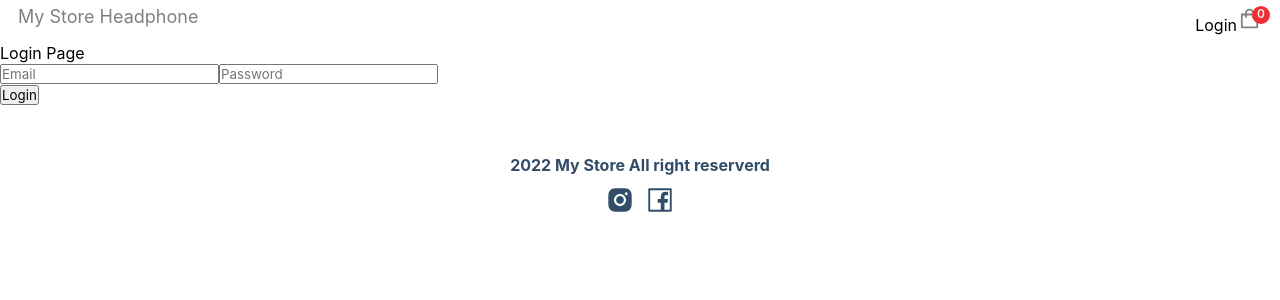
Repository: Than-sothearak/ecommerce
Page: /login
The author's editor kept a copy of each file at every save. The page is drawn from the files as they stood at one save, then again after the next save.
The browser window is 1280 px wide. The pictures show the whole page.
The project was rebuilt for these pictures with package versions that can differ from the ones it lists, and the page was loaded fresh each time. The framework's server and built-in components were replaced by stand-ins that run in the browser. Also part of the build but not shown: next.config.js, lib/client.js, components/Cart.jsx, components/FooterBanner.jsx, components/HeroBanner.jsx, components/Product.jsx.

Above is the page before, as saved 2022-11-26 02:05:45.

After the next save:
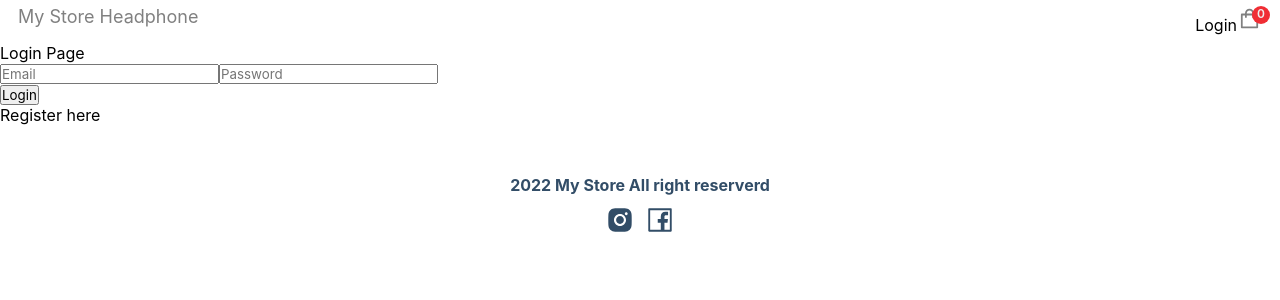
Saved 15 s later.
--- a/pages/login.js
+++ b/pages/login.js
@@ -12,7 +12,7 @@ const login = () => {
         <input name='password'type='password' placeholder='Password' className='input'></input>
       </div>
       <div className="button"><button type='submit'>Login</button></div>
-      <Link href='/register'></Link>
+      <Link href='/register'>Register here</Link>
     </form>
   )
 }
